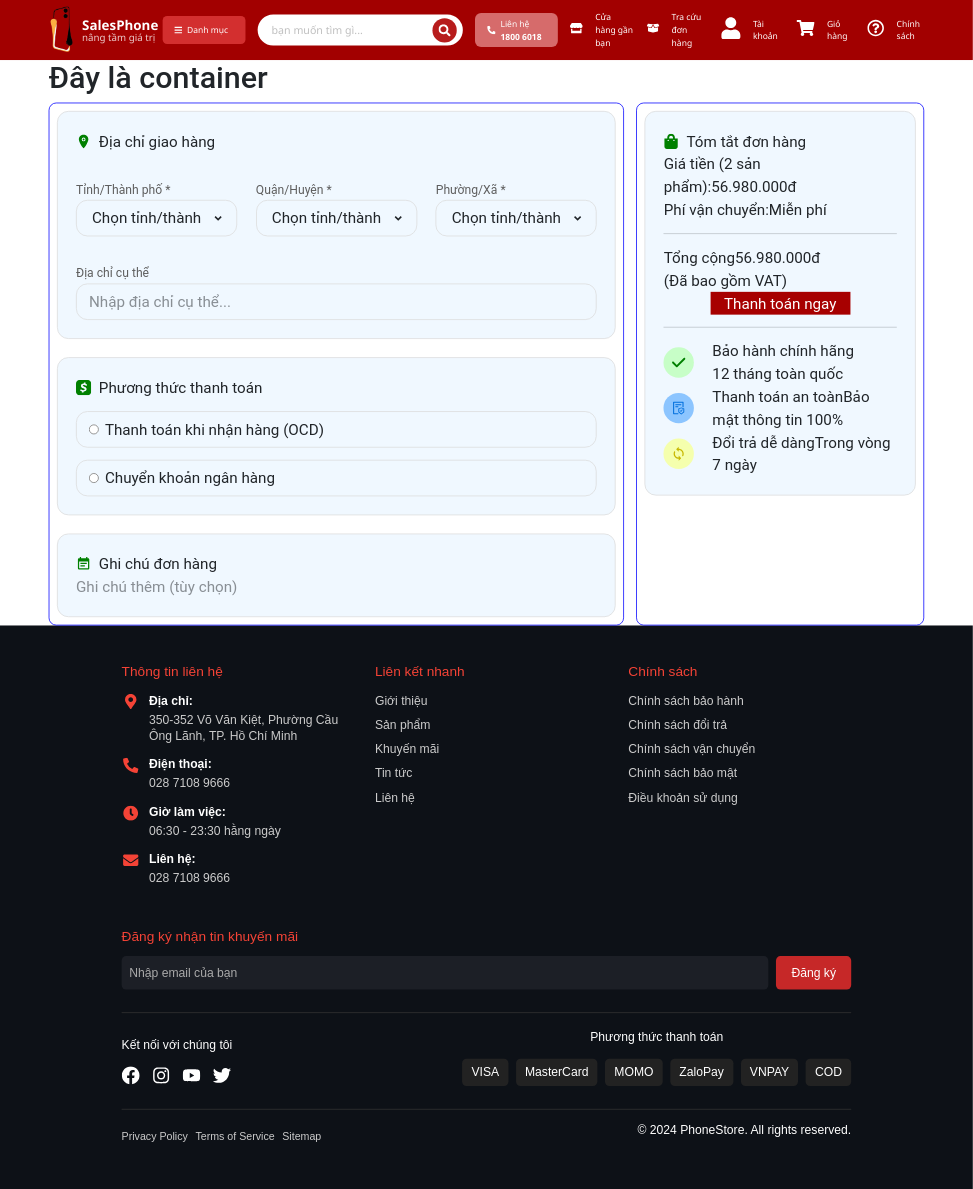
Repository: nguyenhuuluanTTB/cn-da22ttb-nguyenhuuluan-website_salesphone-nextjs_nodejs
Page: /order (app in Project_SalesPhone/client/salesphone/)
The author's editor kept a copy of each file at every save. The page is drawn from the files as they stood at one save, then again after the next save.
The browser window is 1280 px wide. The pictures show the whole page, at 76% of full size.
The project was rebuilt for these pictures with package versions that can differ from the ones it lists, and the page was loaded fresh each time. The framework's server and built-in components were replaced by stand-ins that run in the browser. Also part of the build but not shown: Project_SalesPhone/client/salesphone/next.config.ts.

Above is the page before, as saved 2025-12-02 01:25:41.

### Project_SalesPhone/client/salesphone/app/layout.tsx

import "./globals.css";
import Header from "./components/Header/Header";
import Footer from "./components/Footer/Footer";


import 'bootstrap/dist/css/bootstrap.min.css';


export const metadata = {
  title: "SalesPhone",
  description: "Website bán điện thoại",
};

export default function RootLayout({
  children,
}: {
  children: React.ReactNode;
}) {
  return (
    <html lang="vi">
      <body>
        {/* Thêm Header ở đây */}
        <Header />

        {/* Nội dung trang */}
        {children}
        <Footer />
      </body>
    </html>
  );
}

### Project_SalesPhone/client/salesphone/app/components/Header/Header.tsx
import Link from "next/link";
import Image from "next/image";
import { FaBars, FaPhoneAlt, FaStore, FaBoxOpen, FaUser, FaShoppingCart, FaSearch, FaRegQuestionCircle } from "react-icons/fa";
import styles from "./Header.module.scss";
import logo from "./asset/logo.png";

export default function Header () {
    return(
        <header className={styles.header}>

        <div className={styles.container}>
        {/* Logo */}
        <div className={styles.logo_category}>

            {/* Danh mục */}
            <button className={styles.categoryBtn}>
                <FaBars />
                <span>Danh mục</span>
            </button>

             <div className={styles.logo}>
                <Image src={logo} alt="SalesPhone Logo" width={40} height={40} />
                <div className={styles.logoText}>
                    <span className={styles.brand}>SalesPhone</span>
                    <span className={styles.slogan}>nâng tầm giá trị</span>
                </div>


            </div>

             <Link href="#" className={`${styles.navItem} ${styles.giohang}`}>
                  <FaShoppingCart />
            </Link>

        </div>




        {/* Ô tìm kiếm */}
        <div className={styles.searchBox}>
          <input type="text" placeholder="bạn muốn tìm gì..." />
          <button className={styles.searchBtn}>
            <FaSearch />
          </button>
        </div>

        {/* Liên hệ */}
        <div className={styles.contact}>
          <FaPhoneAlt />
          <div>
            <span>Liên hệ</span> <br/>
            <strong>1800 6018</strong>
          </div>
        </div>



        {/* Các icon chức năng */}
        <nav className={styles.nav}>
          <Link href="#" className={`${styles.navItem} ${styles.cuahangganban}`}>
            <FaStore />
            <span>Cửa hàng gần bạn</span>
          </Link>
          <Link href="#" className={`${styles.navItem} ${styles.tracuudonhang}`}>
            <FaBoxOpen />
            <span>Tra cứu đơn hàng</span>
          </Link>
          <Link href="#" className={`${styles.navItem} ${styles.taikhoan}`}>
            <FaUser />
            <span>Tài khoản</span>
          </Link>
          <Link href="#" className={`${styles.navItem} `}>
            <FaShoppingCart />
            <span>Giỏ hàng</span>
          </Link>
          <Link href="#" className={`${styles.navItem} ${styles.chinhsach}`}>
            <FaRegQuestionCircle />
            <span>Chính sách</span>
          </Link>
        </nav>
      </div>



        </header>



    );
}

### Project_SalesPhone/client/salesphone/app/components/Footer/Footer.tsx
import React from "react";
import styles from "./Footer.module.scss";


import {
  FaFacebook ,
  FaInstagram,
  FaYoutube,
  FaTwitter,
  FaMapMarkerAlt,
  FaPhoneAlt,
  FaClock,
  FaEnvelope,
} from "react-icons/fa";

export default function Footer() {
  return (
    <footer className={styles.footer}>
      <div className={styles.container}>
        {/* --- Thông tin liên hệ --- */}
        <div className={styles.column}>
          <h3 className={styles.title}>Thông tin liên hệ</h3>

          <div className={styles.infoItem}>
            <FaMapMarkerAlt className={styles.icon} />
            <div>
              <strong>Địa chỉ:</strong>
              <p>350-352 Võ Văn Kiệt, Phường Cầu Ông Lãnh, TP. Hồ Chí Minh</p>
            </div>
          </div>

          <div className={styles.infoItem}>
            <FaPhoneAlt className={styles.icon} />
            <div>
              <strong>Điện thoại:</strong>
              <p>028 7108 9666</p>
            </div>
          </div>

          <div className={styles.infoItem}>
            <FaClock className={styles.icon} />
            <div>
              <strong>Giờ làm việc:</strong>
              <p>06:30 - 23:30 hằng ngày</p>
            </div>
          </div>

          <div className={styles.infoItem}>
            <FaEnvelope className={styles.icon} />
            <div>
              <strong>Liên hệ:</strong>
              <p>028 7108 9666</p>
            </div>
          </div>
        </div>

        {/* --- Liên kết nhanh --- */}
        <div className={styles.column}>
          <h3 className={styles.title}>Liên kết nhanh</h3>
          <ul>
            <li>Giới thiệu</li>
            <li>Sản phẩm</li>
            <li>Khuyến mãi</li>
            <li>Tin tức</li>
            <li>Liên hệ</li>
          </ul>
        </div>

        {/* --- Chính sách --- */}
        <div className={styles.column}>
          <h3 className={styles.title}>Chính sách</h3>
          <ul>
            <li>Chính sách bảo hành</li>
            <li>Chính sách đổi trả</li>
            <li>Chính sách vận chuyển</li>
            <li>Chính sách bảo mật</li>
            <li>Điều khoản sử dụng</li>
          </ul>
        </div>

        {/* --- Đăng ký nhận tin --- */}
        <div className={styles.column}>
          <h3 className={styles.title}>Đăng ký nhận tin khuyến mãi</h3>
          <div className={styles.subscribe}>
            <input type="email" placeholder="Nhập email của bạn" />
            <button>Đăng ký</button>
          </div>
        </div>
      </div>

      {/* --- Mạng xã hội --- */}
      <div className={styles.social_payment}>
          <div className={styles.social}>
            <p>Kết nối với chúng tôi</p>
            <div style={{display: 'flex', flexDirection: 'row', gap: '1rem', fontSize: '18pt'}}>
              <FaFacebook  />
              <FaInstagram />
              <FaYoutube />
              <FaTwitter />
            </div>

          </div>

          {/* --- Phương thức thanh toán --- */}
          <div className={styles.payment}>
            <p>Phương thức thanh toán</p>
            <div className={styles.methods}>
              <span>VISA</span>
              <span>MasterCard</span>
              <span>MOMO</span>
              <span>ZaloPay</span>
              <span>VNPAY</span>
              <span>COD</span>
            </div>
          </div>
      </div>


      {/* --- Footer bottom --- */}
      <div className={styles.bottom}>
        <p>© 2024 PhoneStore. All rights reserved.</p>
        <div className={styles.links}>
          <a href="#">Privacy Policy</a>
          <a href="#">Terms of Service</a>
          <a href="#">Sitemap</a>
        </div>
      </div>
    </footer>
  );
}

### Project_SalesPhone/client/salesphone/app/order/order.module.scss
.order{
    font-family: 'Roboto', sans-serif;
    padding: 0 4rem;
}


.gridContainer{
    display: grid;
    grid-template-columns: minimax(450, 2fr) minimax(200px, 1fr);
    gap: 1rem;
    min-width: 320px;
    margin: 0 auto;

    grid-template-areas: "item1 item2";
}

.item:nth-child(1) {grid-area: item1;}
.item:nth-child(2) {grid-area: item2;}

.item{
    font-size: 20px;
    padding: 10px;
    border-radius: 10px;
    min-width: 200px;
    border: 1px solid blue;
}

@media (max-width: 1600px) {
  .gridContainer {
    // grid-template-columns: repeat(2, 1fr);
    grid-template-columns: minmax(450px, 2fr) minmax(200px, 1fr);
    grid-template-areas:
      "item1 item2";
  }
}

@media (max-width: 1200px) {
    .gridContainer{
        grid-template-columns: 1fr;
        grid-template-areas:
            "item1"
            "item2";
    }
}

.item1{
    gap: 1.5rem;
    display: flex;
    flex-direction: column;
}


.diachigiaohang{
    display: flex;
    flex-direction: row;
    justify-content: space-between;
    margin: 2rem 0;
}

.title_location{
    display: flex;
    flex-direction: row;
    align-items: center;
    gap: 10px;
}

.thongtindiachi{
    background-color: aliceblue;
    border: solid 1px gainsboro;
    padding: 1.5rem;
    border-radius: 15px;
}

.tinh, .quan, .phuong{
    border: solid 1px gainsboro;
    padding: 0.5rem 1rem;
    border-radius: 15px;
}

.diachicuthe{
    border: solid 1px gainsboro;
    padding: 0.5rem 1rem;
    border-radius: 15px;
    width: 100%;
}

//Phần lựa chọn thanh toán
.typecash{
    display: flex;
    border-radius: 15px;
    padding: 0.5rem 1rem;
    border: solid 1px gainsboro;
    gap: 0.5rem;
}

.luachonthanhtoan{
    margin-top: 1rem;
    gap: 1rem;
    display: flex;
    flex-direction: column;
}


//đơn hàng
.donhang{
    display: flex;
    flex-direction: column;
    background-color: aliceblue;
    border: solid 1px gainsboro;
    padding: 1.5rem;
    border-radius: 15px;

    button{
        background-color: #A70000;
        width: 60%;
        display: block;
        margin: 0 auto;
        color: #fff;
    }
}




.baohanh, .ttat, .doitra{
    display: flex;
    flex-direction: row;
    align-items: center;
    justify-content: start;
    gap: 1.5rem;

    .baohanh_icon{
        color: green;
        background: rgb(199, 254, 199);
        border-radius: 20px;
        padding: 10px;
    }

    .baohanh_content{
        flex-direction: column;
        display: flex;
    }
}

.ttat_icon{
    color: rgb(0, 111, 221);
    background: rgb(140, 197, 255);
    border-radius: 20px;
    padding: 10px;
}

.doitra_icon{
    color: rgb(200, 184, 1);
    background: rgb(245, 255, 173);
    border-radius: 20px;
    padding: 10px;
}

### Project_SalesPhone/client/salesphone/app/components/Header/Header.module.scss
.header {
  background-color: #a20000;
  color: white;
  padding: 8px 20px;
  font-family: "Segoe UI", sans-serif;
}

.container {
  max-width: 1200px; /* Giới hạn chiều rộng */
  margin: 0 auto; /* Căn giữa */
  display: flex;
  align-items: center;
  justify-content: space-between;
  gap: 16px;
  padding: 0 20px; /* thêm khoảng trống 2 bên */
}


.logo {
  display: flex;
  align-items: center;
  gap: 8px;

  .logoText {
    display: flex;
    flex-direction: column;
    line-height: 1.1;

    .brand {
      font-size: 1.1rem;
      font-weight: bold;
    }

    .slogan {
      font-size: 0.8rem;
      opacity: 0.8;
    }
  }
}

.logo_category{
    display: flex;
    align-items: center;
}


.categoryBtn {
  display: flex;
  align-items: center;
  gap: 6px;
  background-color: #d32f2f;
  border: none;
  color: white;
  padding: 10px 15px;
  border-radius: 6px;
  cursor: pointer;
  font-size: 0.7rem;
  margin-left: 30px;
  width: 125px;
  &:hover {
    background-color: #b71c1c;
  }
}

.searchBox {
  display: flex;
  align-items: center;
  background: #fff;
  border-radius: 9999px; /* Bo tròn */
  padding: 4px 8px;
  width: 350px;
  transition: all 0.2s ease;
  color: gray;
  input {
    flex: 1;
    border: none;
    outline: none;
    font-size: 14px;
    padding: 6px 10px;
    background: transparent;
  }

  button {
    border: none;
    background: #b71c1c; /* màu đỏ chủ đạo */
    color: white;
    border-radius: 50%;
    width: 32px;
    height: 32px;
    display: flex;
    align-items: center;
    justify-content: center;
    cursor: pointer;
    transition: background 0.2s ease;
  }

  button:hover {
    background: #d32f2f; /* đỏ sáng hơn khi hover */
  }

  &:focus-within {
    box-shadow: 0 0 0 2px #ffcdd2; /* hiệu ứng khi nhập */
  }
}


.contact {
  display: flex;
  align-items: center;
  gap: 6px;
  background-color: #d66b6b;
  border-radius: 8px;
  padding: 6px 16px;
  width: 140px;
  font-size: 0.7rem;

  strong {
    display: block;
  }
}

.nav {
  display: flex;
  align-items: center;
  gap: 18px;

  .navItem {
    display: flex;
    flex-direction: row;
    align-items: center;
    color: white;
    font-size: 0.7rem;
    text-decoration: none;
    transition: opacity 0.2s;
    gap: 1rem;

    svg {
      font-size: 2rem;
      margin-bottom: 4px;
    }

    &:hover {
      opacity: 0.8;
    }

  }
}

.giohang svg{
  display: none;
}

.logo_category{
  display: flex;
  flex-direction: row-reverse;
}

/* --------------------------- */
/* RESPONSIVE - MOBILE VERSION */
/* --------------------------- */

@media (max-width: 1095px) {
  .container {
    flex-wrap: wrap;
    justify-content: space-between;
    gap: 12px;
  }

  .categoryBtn span {
    display: none; /* Ẩn chữ Danh mục */
  }

  .contact,
  .nav {
    display: none; /* Ẩn các phần không cần ở mobile */
  }

  .searchBox {
    width: 100%;
    order: 3; /* Đưa xuống hàng dưới cùng */
    max-width: none;
  }

  .logo {
    flex: 1;
    justify-content: center;
  }

  .categoryBtn,
  .logo,
  .navItem:last-child {
    flex-shrink: 0;
  }

  /* Giỏ hàng giữ bên phải */
  .nav {
    display: flex;
    justify-content: flex-end;
    flex: 1;
  }

  .navItem span {
    display: none; /* Ẩn chữ, chỉ giữ icon */
  }

  .navItem svg {
    font-size: 1.4rem;
  }

  .logo_category{
      width: 100%;
      display: flex;
      align-items: center;
      flex-direction: row;
  }

  .navItem svg{
    display: none;
  }

  .categoryBtn{
    width: 50px;
    height: 50px;
    font-size: 1.3rem;
  }

  .cuahangganban svg, .tracuudonhang svg, .taikhoan svg, .chinhsach svg{
    display: none;
  }

  .giohang svg{
    display: block;
    font-size: 2rem;
  }

  .categoryBtn {
    margin-left: 0;
  }
}

### Project_SalesPhone/client/salesphone/app/components/Footer/Footer.module.scss
.footer {
  background-color: #0d1117;
  color: #fff;
  padding: 50px 10rem;
  font-family: sans-serif;
}

.container {
  display: flex;
  flex-wrap: wrap;
  justify-content: space-between;
  gap: 40px;
  border-bottom: 1px solid #333;
  padding-bottom: 30px;
}

.column {
  flex: 1;
  min-width: 240px;
}

.title {
  color: #f44336;
  font-size: 18px;
  margin-bottom: 15px;
}

/* --- Thông tin liên hệ --- */
.infoItem {
  display: flex;
  align-items: flex-start;
  gap: 12px;
  margin-bottom: 12px;
}

.icon {
  font-size: 20px;
  color: #f44336;
  min-width: 24px;
  margin-top: 3px;
}

.infoItem p {
  margin: 2px 0;
  color: #ccc;
  line-height: 1.4;
}

/* --- Liên kết --- */
.column ul {
  list-style: none;
  padding: 0;
}

.column ul li {
  margin: 8px 0;
  cursor: pointer;
  transition: color 0.2s ease;
  color: #ccc;
}

.column ul li:hover {
  color: #f44336;
}

/* --- Đăng ký --- */
.subscribe {
  display: flex;
  gap: 10px;
  margin-top: 10px;
}

.subscribe input {
  flex: 1;
  padding: 10px;
  border: none;
  border-radius: 6px;
  background: #1c1f26;
  color: #fff;
}

.subscribe input::placeholder {
  color: #aaa;
}

.subscribe button {
  background-color: #c62828;
  color: #fff;
  border: none;
  padding: 10px 20px;
  border-radius: 6px;
  cursor: pointer;
  transition: background 0.3s;
}

.subscribe button:hover {
  background-color: #e53935;
}

.social_payment{
    display: flex;
    flex-direction: row;
    justify-content: space-between;
}

/* --- Mạng xã hội --- */
.social {
  text-align: center;
  margin-top: 30px;
}

.icons {
  display: flex;
  justify-content: center;
  gap: 15px;
  margin-top: 10px;

}

.icons svg {
  background: #222;
  padding: 10px;
  border-radius: 50%;
  font-size: 18px;
  cursor: pointer;
  transition: all 0.3s ease;
}

.icons svg:hover {
  background: #f44336;
  transform: scale(1.1);
}

/* --- Thanh toán --- */
.payment {
  text-align: center;
  margin-top: 20px;
}

.methods {
  display: flex;
  justify-content: center;
  flex-wrap: wrap;
  gap: 10px;
  margin-top: 10px;
}

.methods span {
  background: #222;
  padding: 6px 12px;
  border-radius: 6px;
}

/* --- Dưới cùng --- */
.bottom {
  border-top: 1px solid #333;
  margin-top: 30px;
  padding-top: 15px;
  display: flex;
  flex-direction: row-reverse;
  justify-content: space-between;
  align-items: center;
  gap: 5px;
}

.links {
  display: flex;
  gap: 10px;
}

.links a {
  color: #ccc;
  text-decoration: none;
  font-size: 14px;
  transition: color 0.2s ease;
}

.links a:hover {
  color: #f44336;
}

/* --- Responsive --- */
@media (max-width: 768px) {
  .container {
    flex-direction: column;
  }

  .subscribe {
    flex-direction: column;
  }

  .subscribe input,
  .subscribe button {
    width: 100%;
  }

  .methods {
    flex-wrap: wrap;
  }

  .infoItem {
    align-items: flex-start;
  }
}

Loaded but not shown: Project_SalesPhone/client/salesphone/app/globals.css (common file); Project_SalesPhone/client/salesphone/app/order/page.tsx (161 lines, source omitted)

After the next save:
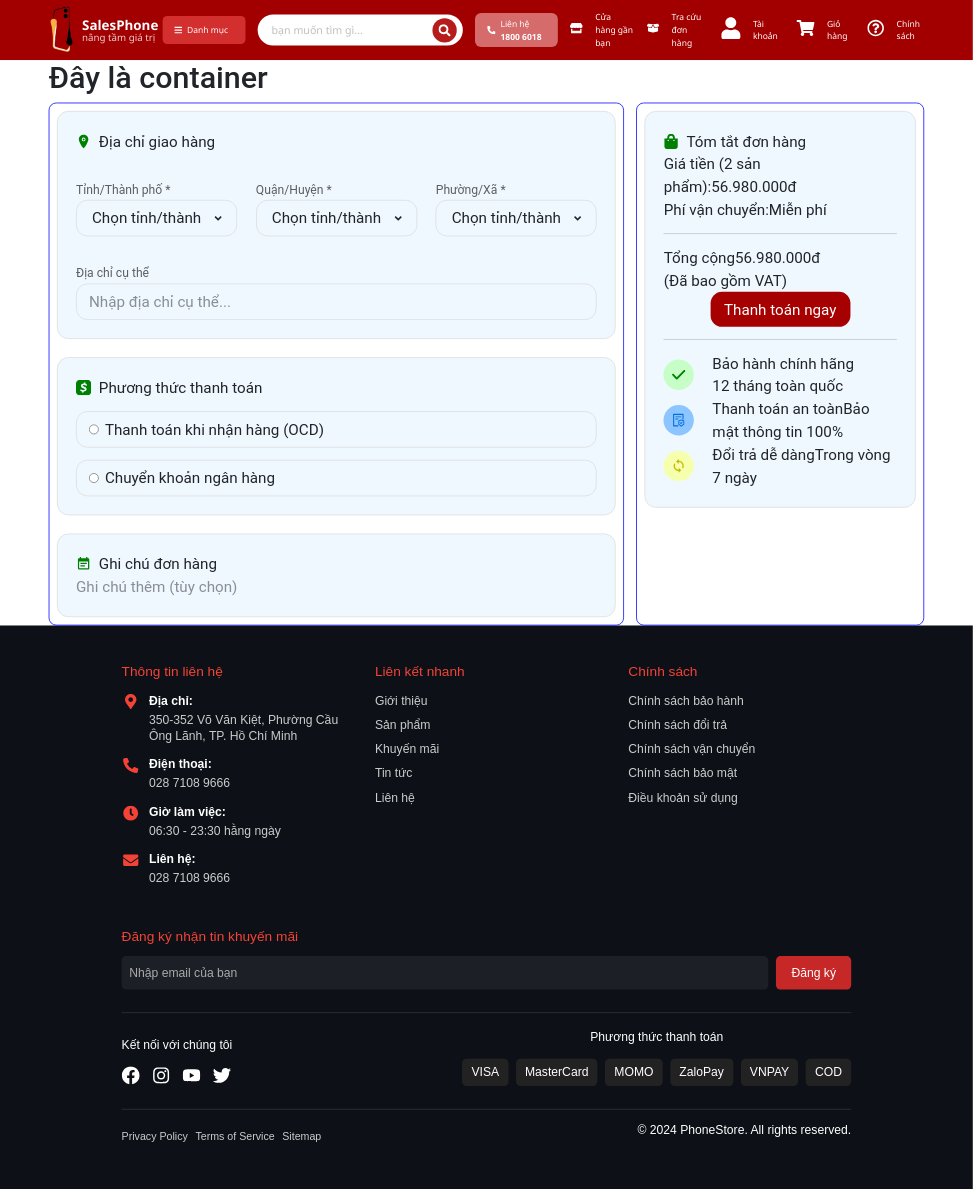
Saved 18 s later.
--- a/Project_SalesPhone/client/salesphone/app/order/order.module.scss
+++ b/Project_SalesPhone/client/salesphone/app/order/order.module.scss
@@ -116,6 +116,8 @@
         display: block;
         margin: 0 auto;
         color: #fff;
+        padding: 0.5rem 1rem;
+        border-radius: 15px;
     }
 }
 
